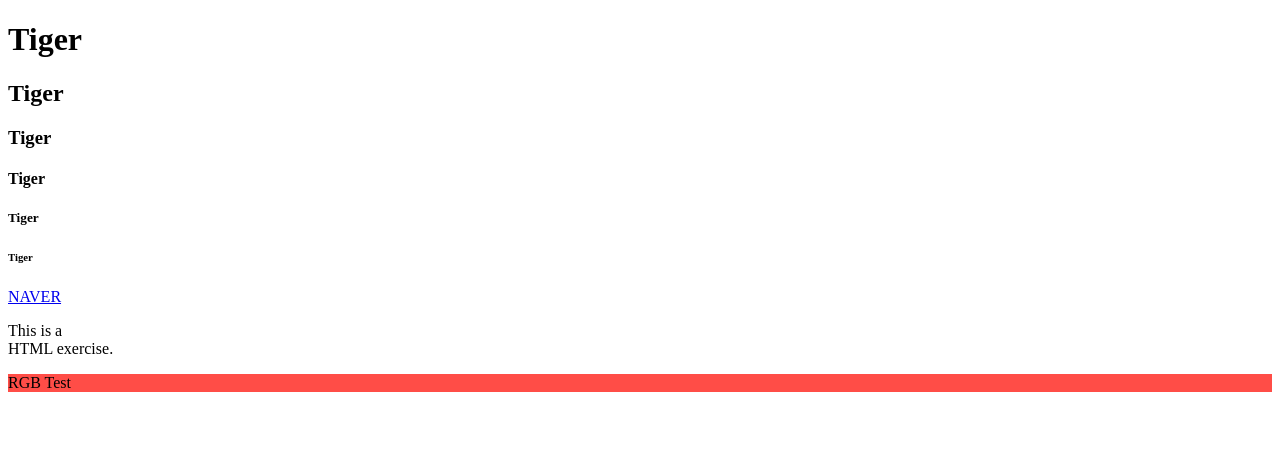
Repository: soobin10236/Class
Page: Web02/src/main/webapp/index.html
These files come from the project's save history. The page is drawn as it stood at one moment and after the next save; the edit follows.
The browser window is 1280 px wide. The pictures show the whole page.

Above is the page before, as saved 2021-09-06 05:00:17.

### Web02/src/main/webapp/index.html
<!DOCTYPE html>
<html>
<head>
<meta charset="EUC-KR">
<title>Insert title here</title>
</head>
<body>
	<h1>Tiger</h1>
	<h2>Tiger</h2>
	<h3>Tiger</h3>
	<h4>Tiger</h4>
	<h5>Tiger</h5>
	<h6>Tiger</h6>
	<a href="https://www.naver.com">NAVER</a>
	<p>This is a <br/> HTML exercise.</p>
	<!-- Ctrl + Shift + / -->
	<div style="background:rgb(255,77,71)">RGB Test</div>
</body>
</html>

After the next save:
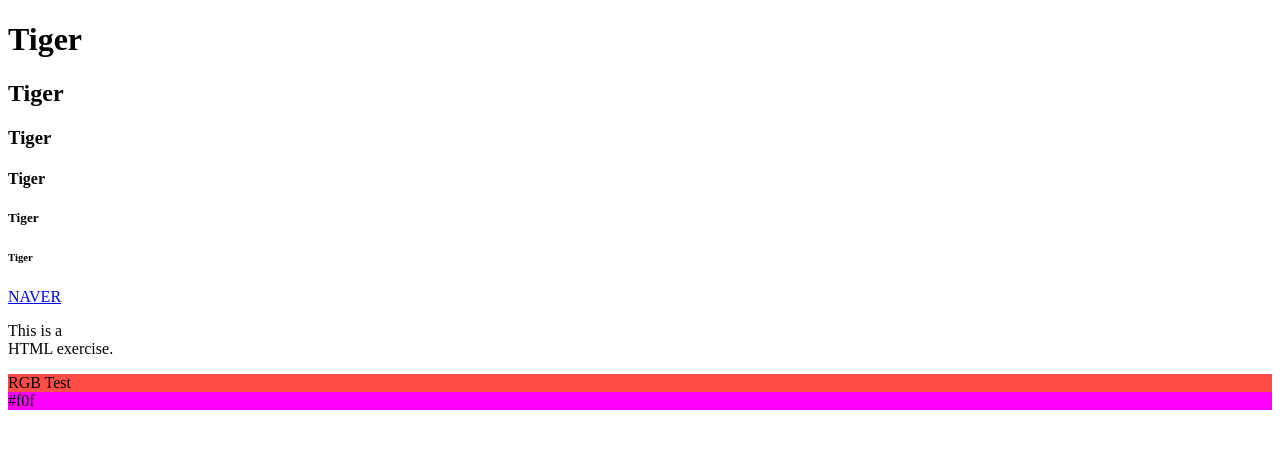
Saved 34 s later.
--- a/Web02/src/main/webapp/index.html
+++ b/Web02/src/main/webapp/index.html
@@ -15,5 +15,6 @@
 	<p>This is a <br/> HTML exercise.</p>
 	<!-- Ctrl + Shift + / -->
 	<div style="background:rgb(255,77,71)">RGB Test</div>
+	<div style="background:#ff00ff">#f0f</div>
 </body>
 </html>
